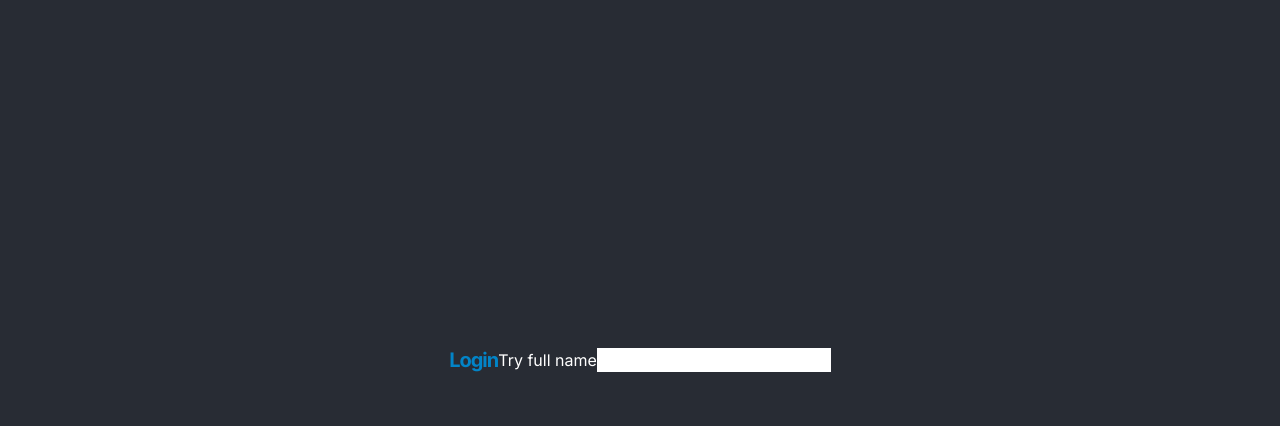
Repository: devsecops-node/simple-play
Page: /
These files come from the project's save history. The page is drawn as it stood at one moment and after the next save; the edit follows.
The browser window is 1280 px wide. The pictures show the whole page.
The project was rebuilt for these pictures with package versions that can differ from the ones it lists, and the page was loaded fresh each time. The framework's server and built-in components were replaced by stand-ins that run in the browser. Also part of the build but not shown: next.config.mjs.

Above is the page before, as saved 2024-06-21 12:21:16.

### src/app/(main)/page.tsx
import Image from "next/image";
import Container from "../_components/Container";

export default function Home() {
  return (
    <Container>
      <h1 className="text-[20px] text-sky-600 font-bold tracking-tighter">Login</h1>
      <form action="/">
        <section>
          <label htmlFor="name">Try full name</label>
          <input type="text" />
        </section>

      </form>
    </Container>
  );
}

### src/app/_components/Container.tsx
import React from 'react'

const Container = ({children}:{children:React.ReactNode}) => {
  return (
    <div className='bg-[#282c34] h-screen text-white flex justify-center items-center'>
      {children}
    </div>
  )
}

export default Container

Loaded but not shown: src/app/layout.tsx (common file); src/app/globals.css (common file); tailwind.config.ts (common file)

After the next save:
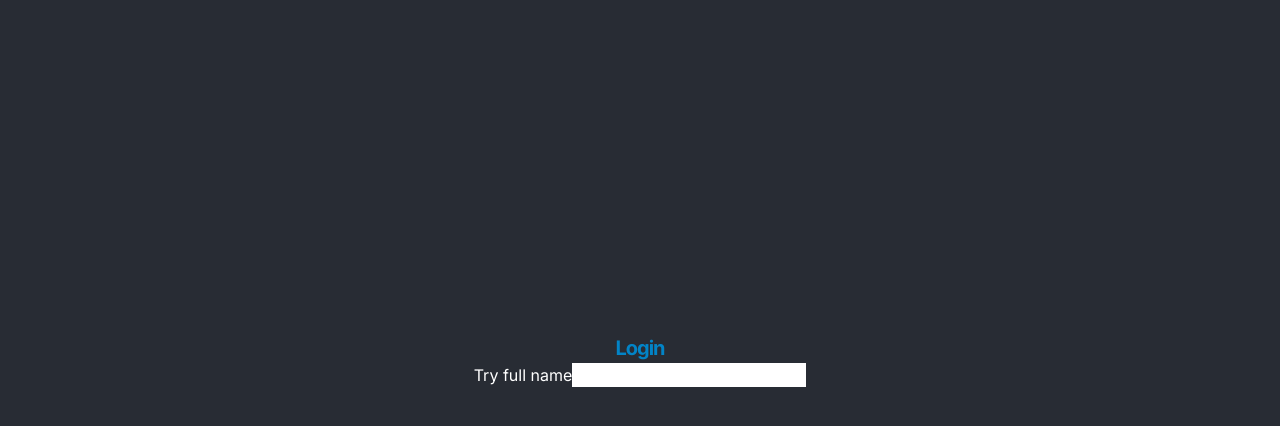
Saved 16 s later.
--- a/src/app/_components/Container.tsx
+++ b/src/app/_components/Container.tsx
@@ -1,8 +1,8 @@
 import React from 'react'
 
-const Container = ({children}:{children:React.ReactNode}) => {
+const Container = ({ children }: { children: React.ReactNode }) => {
   return (
-    <div className='bg-[#282c34] h-screen text-white flex justify-center items-center'>
+    <div className='bg-[#282c34] h-screen text-white flex flex-col justify-center items-center'>
       {children}
     </div>
   )
